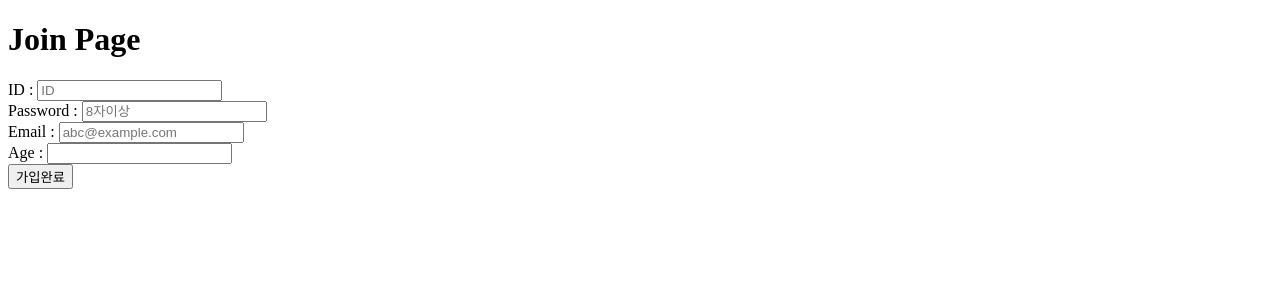
Repository: doridori890130/JSP
Page: http://localhost/jsp_project/mem/join
These files come from the project's save history. The page is drawn as it stood at one moment and after the next save; the edit follows.
The browser window is 1280 px wide. The pictures show the whole page.
The page is served by Tomcat 9. Other server files are loaded and not shown.

Above is the page before, as saved 2023-06-01 04:31:10.

### jsp_project4/jsp_project/src/main/webapp/member/join.jsp
<%@ page language="java" contentType="text/html; charset=UTF-8"
    pageEncoding="UTF-8"%>
<!DOCTYPE html>
<html>
<head>
<meta charset="UTF-8">
<title>Join page</title>
</head>
<body>
	<h1>Join Page</h1>
	<form action="/mem/register" method="post" >
		ID : <input type="text" name="id" placeholder="ID" > <br>
		Password : <input type="password" name="password" placeholder="8자이상" > <br>
		Email : <input type="text" name="email" placeholder="abc@example.com" > <br>
		Age : <input type="text" name="age"> <br>
		<button type="submit" >가입완료</button>
	</form>
</body>
</html>

### jsp_project4/jsp_project/src/main/java/Controller/MemberController.java
package Controller;

import java.io.IOException;
import java.util.List;

import javax.servlet.RequestDispatcher;
import javax.servlet.ServletException;
import javax.servlet.annotation.WebServlet;
import javax.servlet.http.HttpServlet;
import javax.servlet.http.HttpServletRequest;
import javax.servlet.http.HttpServletResponse;
import javax.servlet.http.HttpSession;

import org.slf4j.Logger;
import org.slf4j.LoggerFactory;

import domain.MemberVO;
import service.MemberService;
import service.MemberServiceImpl;

/**
 * Servlet implementation class MemberController
 */
@WebServlet("/mem/*")
public class MemberController extends HttpServlet {
	private static final long serialVersionUID = 1L;
	private static Logger log = LoggerFactory.getLogger(MemberController.class);
	private RequestDispatcher rdp; // 웹의 목적지 주소로 객체를 전달해주는 객체
    private String destpage;
    private int isOk;
    private MemberService msv;

    public MemberController() {
        msv = new MemberServiceImpl();
    }


	protected void service(HttpServletRequest request, HttpServletResponse response) throws ServletException, IOException {
		//characterENcoding 설정
		request.setCharacterEncoding("utf-8");
		response.setCharacterEncoding("utf-8");
		response.setContentType("text/html; charset=utf-8");

		String uri = request.getRequestURI();
		log.info(">>> uri : "+uri);
		String path = uri.substring(uri.lastIndexOf("/")+1);
		log.info(">>> path : "+path);

		switch(path) {
		case "join":
			destpage="/member/join.jsp";
			break;
		case "register":
			try {
				String id = request.getParameter("id");
				String password = request.getParameter("password");
				String email = request.getParameter("email");
				int age = Integer.parseInt(request.getParameter("age"));
				MemberVO mvo = new MemberVO(id,password,email,age);
				isOk = msv.register(mvo);
			} catch (Exception e) {
				e.printStackTrace();
			}
			break;
		case "login":
			destpage="/member/login.jsp";
			break;
		case "login_auth":
			try {
				String id = request.getParameter("id");
				String password = request.getParameter("password");
				MemberVO mvo= new MemberVO(id,password);
				MemberVO loginMvo = msv.login(mvo);
				if(loginMvo != null) {
					HttpSession ses = request.getSession();
					ses.setAttribute("ses", loginMvo);
					ses.setMaxInactiveInterval(10*60);
				}else {
					request.setAttribute("msg_login", 0);
				}
				destpage="/";
			} catch (Exception e) {
				e.printStackTrace();
			}
			break;
		case "logout":
			try {
				HttpSession ses = request.getSession();
				MemberVO mvo = (MemberVO )ses.getAttribute("ses");
				String id = mvo.getId();
				isOk = msv.lastlogin(id);
				ses.invalidate();

			} catch (Exception e) {
				e.printStackTrace();
			}
			destpage="/";
			break;
		case "modify":
			destpage="/member/modify.jsp";
			break;
		case "edit" :
			try {
				MemberVO mvo = new MemberVO(
						request.getParameter("id"),
						request.getParameter("password"),
						request.getParameter("email"),
						Integer.parseInt(request.getParameter("age")),
						request.getParameter("reg_date"),
						request.getParameter("last_login"));
				isOk=msv.modify(mvo);
				if(isOk>0) {
					request.setAttribute("mvo", mvo);
					HttpSession ses = request.getSession();
					ses.setAttribute("ses", mvo);
				}
				destpage="/";
			} catch (Exception e) {
				e.printStackTrace();
			}
			break;
		case "list" :
			try {
				List<MemberVO> list = msv.getList();
				request.setAttribute("list", list);
				destpage="/member/list.jsp";
			} catch (Exception e) {
				e.printStackTrace();
			}
			break;
		case "remove":
			try {
				HttpSession ses = request.getSession();
				MemberVO reMvo = (MemberVO)ses.getAttribute("ses");
				String delId= reMvo.getId();
				isOk = msv.remove(delId);
				ses.invalidate();
				destpage="/";
			} catch (Exception e) {
				e.printStackTrace();
			}
			break;
		}


		rdp = request.getRequestDispatcher(destpage);
		rdp.forward(request, response);
	}


	protected void doGet(HttpServletRequest request, HttpServletResponse response) throws ServletException, IOException {
		service(request,response);
	}


	protected void doPost(HttpServletRequest request, HttpServletResponse response) throws ServletException, IOException {
		service(request,response);
	}

}

### jsp_project4/jsp_project/src/main/java/service/MemberServiceImpl.java
package service;

import java.util.List;

import org.slf4j.Logger;
import org.slf4j.LoggerFactory;

import domain.MemberVO;
import repository.MemberDAO;
import repository.MemberDAOImpl;

public class MemberServiceImpl implements MemberService {
	private static Logger log = LoggerFactory.getLogger(MemberServiceImpl.class);
	private MemberDAO mdao;

	public MemberServiceImpl() {
		mdao= new MemberDAOImpl();
	}

	@Override
	public int register(MemberVO mvo) {
		log.info(">>register service");
		return mdao.register(mvo);
	}

	@Override
	public MemberVO login(MemberVO mvo) {
		log.info(">>login service");
		return mdao.login(mvo);
	}

	@Override
	public int lastlogin(String id) {
		log.info(">>lastlogin service");
		return mdao.lastlogin(id);
	}

	@Override
	public int modify(MemberVO mvo) {
		log.info(">>lastlogin service");
		return mdao.modify(mvo);
	}

	@Override
	public List<MemberVO> getList() {
		log.info(">>lastlogin service");
		return mdao.list();
	}

	@Override
	public int remove(String delId) {
		log.info(">>lastlogin service");
		return mdao.remove(delId);
	}
}

### jsp_project4/jsp_project/src/main/java/repository/MemberDAO.java
package repository;

import java.util.List;

import domain.MemberVO;

public interface MemberDAO {

	int register(MemberVO mvo);

	MemberVO login(MemberVO mvo);

	int lastlogin(String id);

	int modify(MemberVO mvo);

	List<MemberVO> list();

	int remove(String delId);

}

### jsp_project4/jsp_project/src/main/java/repository/MemberDAOImpl.java
package repository;

import java.util.List;

import org.apache.ibatis.session.SqlSession;
import org.slf4j.Logger;
import org.slf4j.LoggerFactory;

import domain.MemberVO;
import orm.DatabaseBuilder;



public class MemberDAOImpl implements MemberDAO {
	private static Logger log = LoggerFactory.getLogger(MemberDAOImpl.class);
	private SqlSession sql;
	private String NS = "MemberMapper.";

	public MemberDAOImpl() {
		new DatabaseBuilder();
		sql= DatabaseBuilder.getFactory().openSession();
	}

	@Override
	public int register(MemberVO mvo) {
		int isOk=sql.insert(NS+"register",mvo);
		if(isOk>0) {
			sql.commit();
		}
		return isOk;
	}

	@Override
	public MemberVO login(MemberVO mvo) {

		return sql.selectOne(NS+"login",mvo);
	}

	@Override
	public int lastlogin(String id) {
		int isOk=sql.update(NS+"lastlogin",id);
		if(isOk>0) {
			sql.commit();
		}
		return isOk;
	}

	@Override
	public int modify(MemberVO mvo) {
		int isOk=sql.update(NS+"modify",mvo);
		if(isOk>0) {
			sql.commit();
		}
		return isOk;
	}

	@Override
	public List<MemberVO> list() {

		return sql.selectList(NS+"list");
	}

	@Override
	public int remove(String delId) {
		int isOk=sql.delete(NS+"del",delId);
		if(isOk>0) {
			sql.commit();
		}
		return isOk;
	}
}

### jsp_project4/jsp_project/src/main/java/orm/DatabaseBuilder.java
package orm;


import java.io.IOException;
import org.apache.ibatis.io.Resources;
import org.apache.ibatis.session.SqlSessionFactory;
import org.apache.ibatis.session.SqlSessionFactoryBuilder;
import org.slf4j.Logger;
import org.slf4j.LoggerFactory;

public class DatabaseBuilder {
	private static Logger log = LoggerFactory.getLogger(DatabaseBuilder.class);
	private static SqlSessionFactory factory;
	private static final String config = "orm/MybatisConfig.xml";

	static {
		try {
			factory = new SqlSessionFactoryBuilder().build(Resources.getResourceAsReader(config));

		} catch (IOException e) {
			log.info("Mybatis 설정오류");
			e.printStackTrace();
		}
	}
	public static SqlSessionFactory getFactory() {
		return factory;
	}
}

### jsp_project4/jsp_project/src/main/java/domain/MemberVO.java
package domain;

public class MemberVO {
//	create table meminfo(
//			mno int auto_increment,
//			id varchar(100),
//			password varchar(100),
//			email varchar(100),
//			age int,
//			reg_date datetime default now(),
//			last_login datetime default null,
//			primary key(mno));
	private int mno;
	private String id;
	private String password;
	private String email;
	private int age;
	private String reg_date;
	private String last_login;

	public MemberVO() {}
	//resister (id, passwor, email, age)
	public MemberVO(String id ,String password, String email, int age) {
		this.id=id;
		this.password=password;
		this.email=email;
		this.age=age;
	}

	// login
	public MemberVO(String id, String password) {
		this.id=id;
		this.password=password;
	}

	//list(id, email, age, reg_date, last_login)
	public MemberVO(String id, String email,int age,String reg_date , String last_login) {
		this.id=id;
		this.email=email;
		this.age=age;
		this.reg_date=reg_date;
		this.last_login=last_login;
	}
	//modify (password, age, email)
	public MemberVO(String password, int age, String email) {
		this.password=password;
		this.age=age;
		this.email=email;
	}
	public MemberVO(String id, String password, String email, int age, String reg_date, String last_login) {

		this.id = id;
		this.password = password;
		this.email = email;
		this.age = age;
		this.reg_date = reg_date;
		this.last_login = last_login;
	}
	public int getMno() {
		return mno;
	}
	public void setMno(int mno) {
		this.mno = mno;
	}
	public String getId() {
		return id;
	}
	public void setId(String id) {
		this.id = id;
	}
	public String getPassword() {
		return password;
	}
	public void setPassword(String password) {
		this.password = password;
	}
	public String getEmail() {
		return email;
	}
	public void setEmail(String email) {
		this.email = email;
	}
	public int getAge() {
		return age;
	}
	public void setAge(int age) {
		this.age = age;
	}
	public String getReg_date() {
		return reg_date;
	}
	public void setReg_date(String reg_date) {
		this.reg_date = reg_date;
	}
	public String getLast_login() {
		return last_login;
	}
	public void setLast_login(String last_login) {
		this.last_login = last_login;
	}
	@Override
	public String toString() {
		return "MemberVo [mno=" + mno + ", id=" + id + ", password=" + password + ", email=" + email + ", age=" + age
				+ ", reg_date=" + reg_date + ", last_login=" + last_login + "]";
	}

}

### jsp_project4/jsp_project/src/main/java/domain/BoardVO.java
package domain;

public class BoardVO {
	private int bno;
	private String title;
	private String writer;
	private String content;
	private String reg_date;
	private int read_count;
	private String image_file;

	public BoardVO() {}

	//register(title, writer, content)
	public BoardVO(String title, String writer, String content) {
		this.title = title;
		this.writer = writer;
		this.content = content;
	}
	//list(bno, title, writer, reg_date)
	public BoardVO(int bno, String title, String writer,
			String reg_date, int read_count) {
		this.bno = bno;
		this.title = title;
		this.writer = writer;
		this.reg_date = reg_date;
		this.read_count = read_count;
	}
	//detail(all)
	public BoardVO(int bno, String title, String writer, String content, String reg_date, int read_count, String image_file) {
		this.bno = bno;
		this.title = title;
		this.writer = writer;
		this.content = content;
		this.reg_date = reg_date;
		this.read_count = read_count;
		this.image_file = image_file;
	}

	//update(bno, title, content)
	public BoardVO(int bno, String title, String content) {
		this.bno = bno;
		this.title =title;
		this.content=content;
	}

	//getter/setter
	public int getBno() {
		return bno;
	}

	public void setBno(int bno) {
		this.bno = bno;
	}

	public String getTitle() {
		return title;
	}

	public int getRead_count() {
		return read_count;
	}

	public void setRead_count(int read_count) {
		this.read_count = read_count;
	}

	public void setTitle(String title) {
		this.title = title;
	}

	public String getWriter() {
		return writer;
	}

	public void setWriter(String writer) {
		this.writer = writer;
	}

	public String getContent() {
		return content;
	}

	public void setContent(String content) {
		this.content = content;
	}

	public String getReg_date() {
		return reg_date;
	}

	public void setReg_date(String reg_date) {
		this.reg_date = reg_date;
	}


	public String getImage_file() {
		return image_file;
	}

	public void setImage_file(String image_file) {
		this.image_file = image_file;
	}

	@Override
	public String toString() {
		return "BoardVO [bno=" + bno + ", title=" + title + ", writer=" + writer + ", content=" + content
				+ ", reg_date=" + reg_date + ", read_count=" + read_count + "]";
	}




}

### jsp_project4/jsp_project/src/main/java/domain/CommentVO.java
package domain;

public class CommentVO {
	private int cno;
	private int bno;
	private String writer;
	private String content;
	private String reg_date;

	public CommentVO() {}

	//post(bno, writer, content)
	public CommentVO(int bno, String writer, String content) {
	this.bno=bno;
	this.writer=writer;
	this.content=content;
	}
	//(writer, content, cno)
	public CommentVO(String writer, String content, int cno) {
	this.writer = writer;
	this.content = content;
	this.cno = cno;
	}
	//modify(cno, content)
	public CommentVO(int cno, String content) {
		this.cno = cno;
		this.content = content;
	}
	//list(bno, cno, writer, content, reg_date)
	public CommentVO(int bno, int cno, String writer, String content,
			String reg_date) {
		this(bno, writer, content);
		this.cno=cno;
		this.reg_date=reg_date;
	}

	public int getCno() {
		return cno;
	}

	public void setCno(int cno) {
		this.cno = cno;
	}

	public int getBno() {
		return bno;
	}

	public void setBno(int bno) {
		this.bno = bno;
	}

	public String getWriter() {
		return writer;
	}

	public void setWriter(String writer) {
		this.writer = writer;
	}

	public String getContent() {
		return content;
	}

	public void setContent(String content) {
		this.content = content;
	}

	public String getReg_date() {
		return reg_date;
	}

	public void setReg_date(String reg_date) {
		this.reg_date = reg_date;
	}

	@Override
	public String toString() {
		return "CommentVO [cno=" + cno + ", bno=" + bno + ", writer=" + writer + ", content=" + content + ", reg_date="
				+ reg_date + "]";
	}
}

### jsp_project4/jsp_project/src/main/java/domain/PagingVO.java
package domain;

public class PagingVO {
	private int pageNo;
	private int qty;

	private String type;
	private String keyword;

	public PagingVO() {
		this(1,10);
	}
	public PagingVO(int pageNo, int qty) {
		this.pageNo=pageNo;
		this.qty=qty;
	}

	public int getPageStart() {
		return (this.pageNo-1)*10;
	}

	public String[] gettypeToArray() {
		return this.type == null ? new String[] {} : this.type.split("");
	}
	public int getPageNo() {
		return pageNo;
	}
	public void setPageNo(int pageNo) {
		this.pageNo = pageNo;
	}
	public int getQty() {
		return qty;
	}
	public void setQty(int qty) {
		this.qty = qty;
	}
	public String getType() {
		return type;
	}
	public void setType(String type) {
		this.type = type;
	}
	public String getKeyword() {
		return keyword;
	}
	public void setKeyword(String keyword) {
		this.keyword = keyword;
	}
	@Override
	public String toString() {
		return "PagingVO [pageNo=" + pageNo + ", qty=" + qty + ", type=" + type + ", keyword=" + keyword + "]";
	}

}

After the next save:
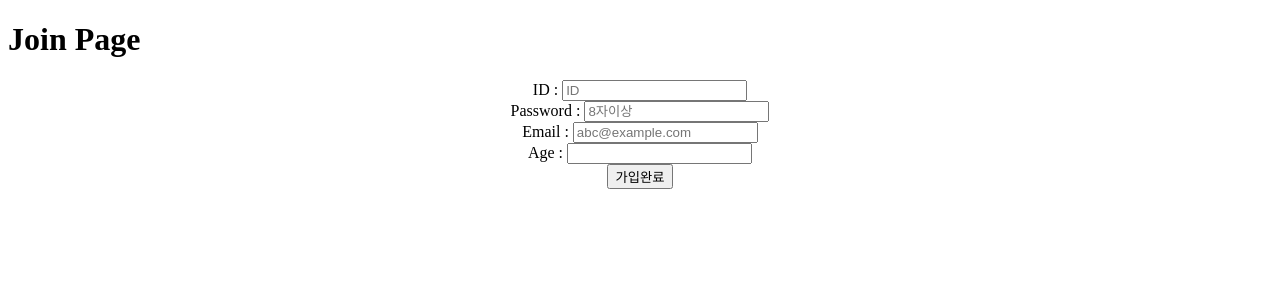
Saved 4 min 44 s later.
--- a/jsp_project4/jsp_project/src/main/webapp/member/join.jsp
+++ b/jsp_project4/jsp_project/src/main/webapp/member/join.jsp
@@ -3,11 +3,20 @@
 <!DOCTYPE html>
 <html>
 <head>
+
+<style type="text/css">
+div{
+	text-align: center;
+	background: lightpupple;
+
+}
+</style>
 <meta charset="UTF-8">
 <title>Join page</title>
 </head>
 <body>
 	<h1>Join Page</h1>
+	<div>
 	<form action="/mem/register" method="post" >
 		ID : <input type="text" name="id" placeholder="ID" > <br>
 		Password : <input type="password" name="password" placeholder="8자이상" > <br>
@@ -15,5 +24,6 @@
 		Age : <input type="text" name="age"> <br>
 		<button type="submit" >가입완료</button>
 	</form>
+	</div>
 </body>
 </html>
